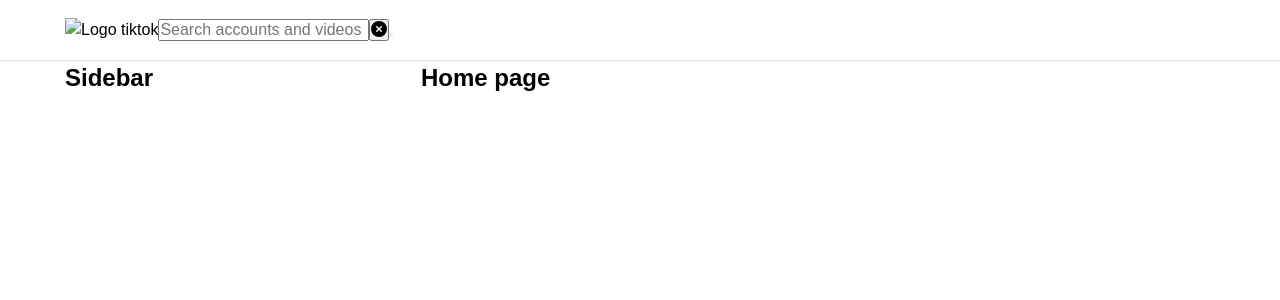
Repository: ChiNg22nd04/tiktok-ui
Page: /
An editor plug-in stored every save of this project. The page is shown before and after a run of saves, followed by the edit.
The browser window is 1280 px wide. The pictures show the whole page.
Some web fonts or font styles are not loaded; a fallback is used. The project was rebuilt for these pictures with package versions that can differ from the ones it lists, and the page was loaded fresh each time. Also part of the build but not shown: src/components/Layout/HeaderOnlyLayout/index.js, src/pages/Following/index.js, src/pages/Profile/index.js, src/pages/Upload/index.js.

Above is the page before, as saved 2024-04-08 16:29:02.

After the next 2 saves:
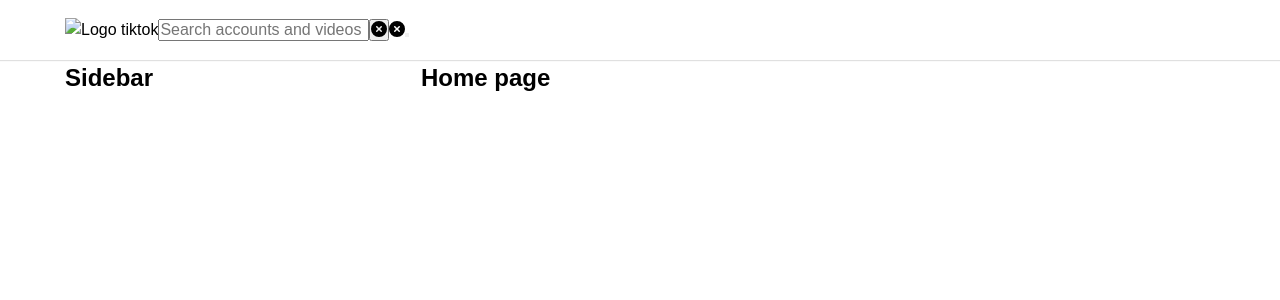
The 2 saves are shown as one change because they came seconds apart.
The last was saved 6 s later.
--- a/src/components/Layout/components/Header/index.js
+++ b/src/components/Layout/components/Header/index.js
@@ -19,8 +19,9 @@
                     <input placeholder='Search accounts and videos' spellCheck='false'/>
                     <button className={cx('clear-btn')}>
                         <FontAwesomeIcon icon={faCircleXmark}/>
+                    </button>
+                    <FontAwesomeIcon icon={faCircleXmark}/>
 
-                    </button>
                     <button className={cx('search-btn')}>
 
                     </button>
